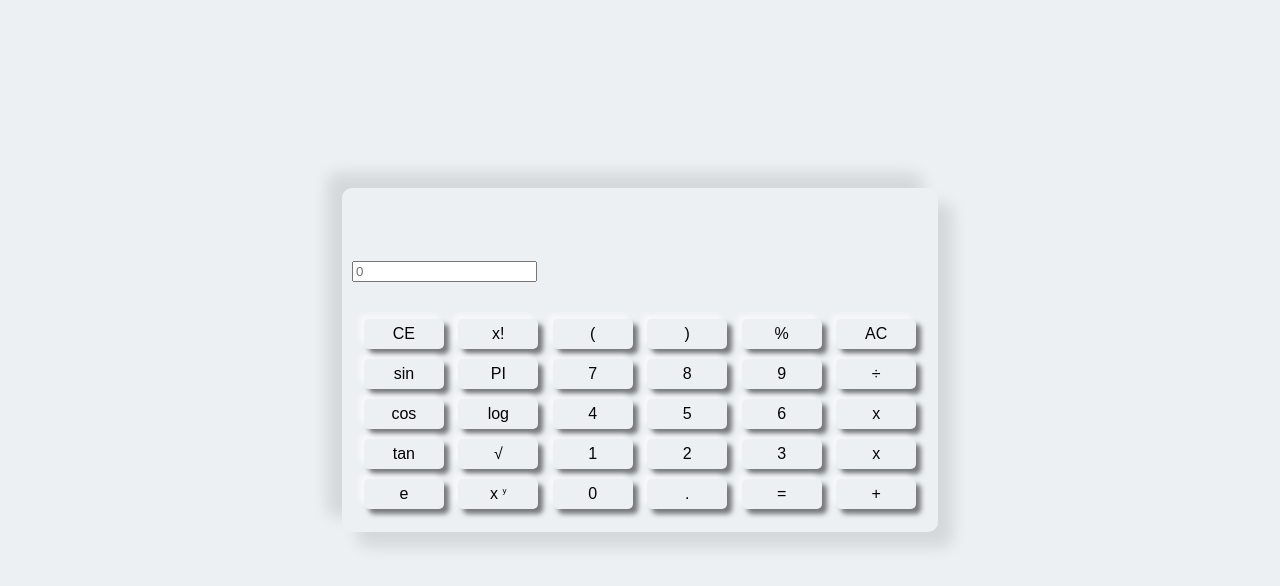
Repository: Haakim19/Scientific-Calculator
Page: intex.html
The author's editor kept a copy of each file at every save. The page is drawn from the files as they stood at one save, then again after the next save.
The browser window is 1280 px wide. The pictures show the whole page.

Above is the page before, as saved 2024-10-27 12:25:45.

After the next save:
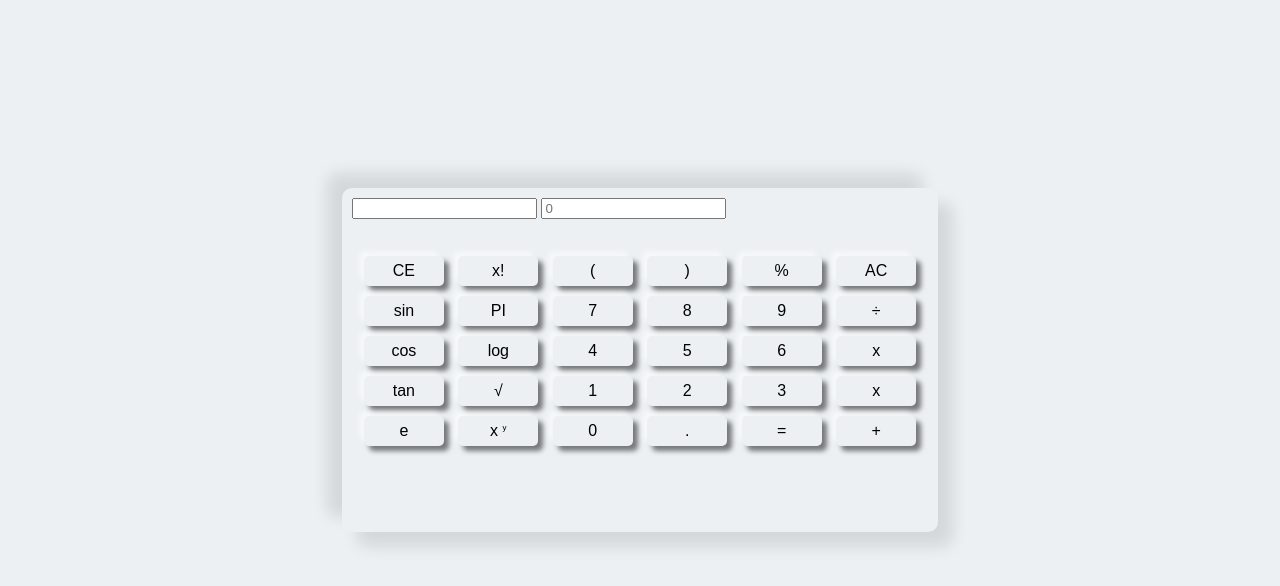
Saved 73 s later.
--- a/Style.css
+++ b/Style.css
@@ -18,9 +18,9 @@ body{
     box-shadow: 15px 15px 15px rgba(0, 0, 0, 0.1),
                 -15px -15px 15px rgba(0, 0, 0, 0.1);
 }
- #screen1{
+ /* #screen1{
     width: 97%;
-    /* height: 70px; */
+    height: 70px;
     border: none;
     outline: none;
     text-align: right;
@@ -29,10 +29,10 @@ body{
     font-size: 2em;
     border-radius: 8px;
     background:#ecf0f3;
-    /* box-shadow: inset 5px 5px 5px rgba(0, 0, 0, 0.2),
-                inset -5px -5px 5px rgba(0, 0, 0, 0.1); */
+    box-shadow: inset 5px 5px 5px rgba(0, 0, 0, 0.2),
+                inset -5px -5px 5px rgba(0, 0, 0, 0.1);
 
-}
+} */
 #screen1 #screen2{
     width: 97%;
     /* height: 70px; */
@@ -47,6 +47,21 @@ body{
     /* box-shadow: inset 5px 5px 5px rgba(0, 0, 0, 0.2),
                 inset -5px -5px 5px rgba(0, 0, 0, 0.1); */
 }
+ /* #screen2{
+    width: 97%;
+    height: 70px;
+    border: none;
+    outline: none;
+    text-align: right;
+    padding-right: 0.5rem;
+    margin-top: 1.5rem;
+    font-size: 2em;
+    border-radius: 8px;
+    background:#ecf0f3;
+    /* box-shadow: inset 5px 5px 5px rgba(0, 0, 0, 0.2),
+                inset -5px -5px 5px rgba(0, 0, 0, 0.1);
+
+} */
 
 
 .btns {
